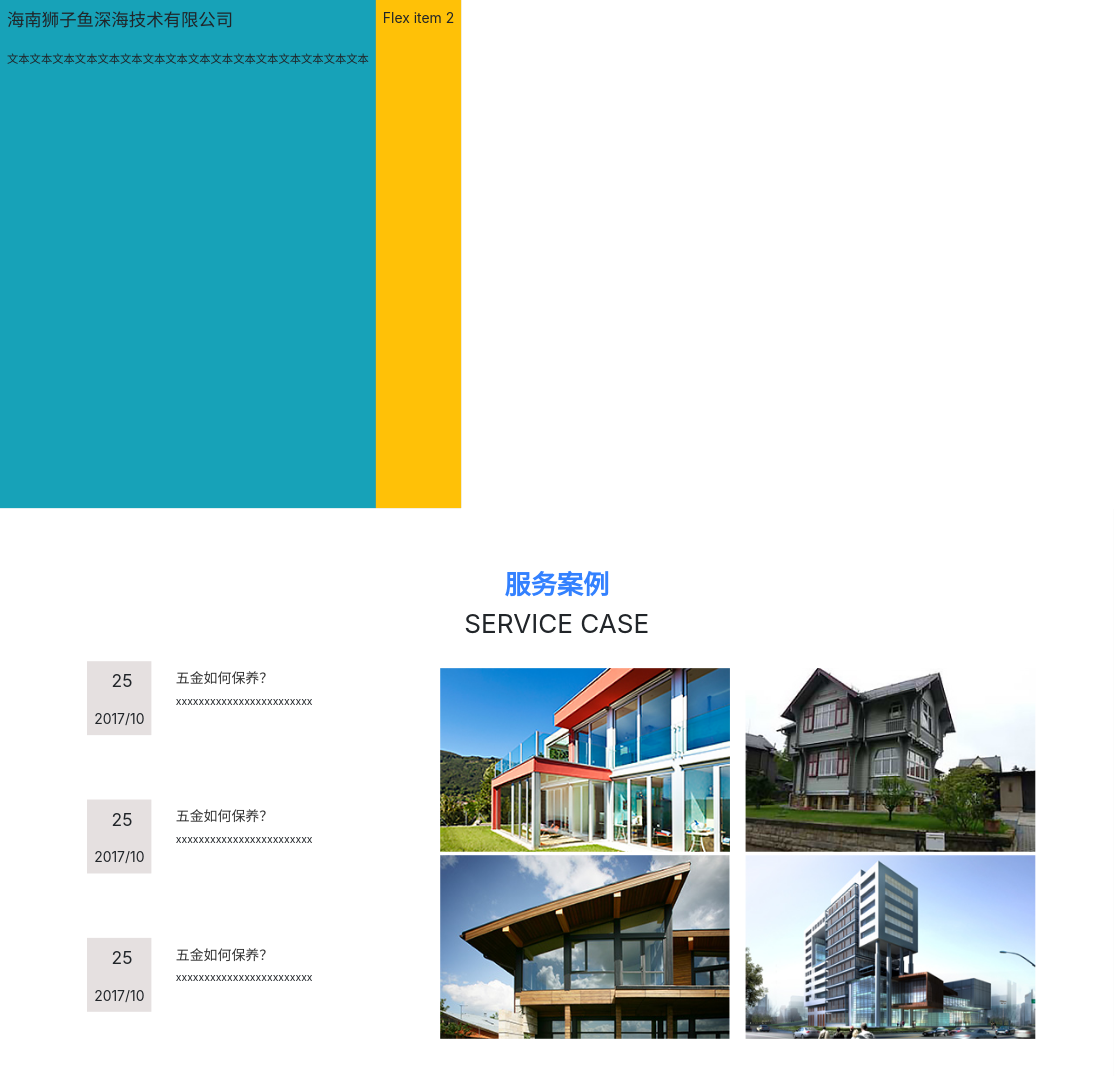
Repository: Noitom/Hadalsnailfish
Page: src/main/resources/static/html/main.html
An editor plug-in stored every save of this project. The page is shown before and after the next save, followed by the edit.
The browser window is 1280 px wide. The pictures show the whole page, at 87% of full size.

Above is the page before, as saved 2021-12-14 17:35:18.
Console error: TypeError: Cannot read properties of undefined (reading 'offsetTop')

After the next save:
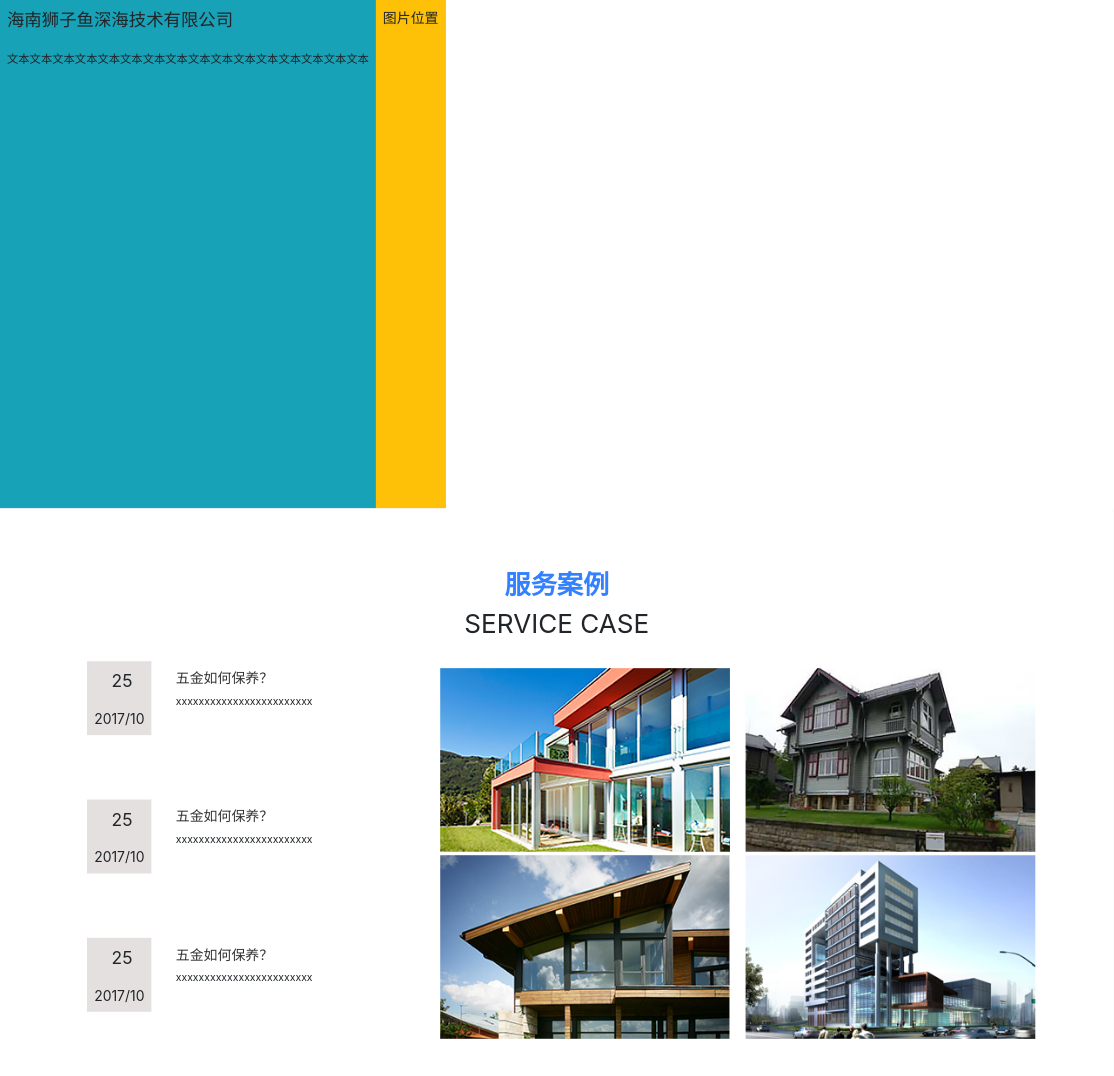
Saved 38 s later.
--- a/src/main/resources/static/html/main.html
+++ b/src/main/resources/static/html/main.html
@@ -65,7 +65,7 @@
                 <p>海南狮子鱼深海技术有限公司</p>
                 <span>文本文本文本文本文本文本文本文本文本文本文本文本文本文本文本文本</span>
             </div>
-            <div class="p-2 bg-warning">Flex item 2</div>
+            <div class="p-2 bg-warning">图片位置</div>
           </div>
         <!-- <div class="szy-tow">
             <p>海南狮子鱼深海技术有限公司</p>
